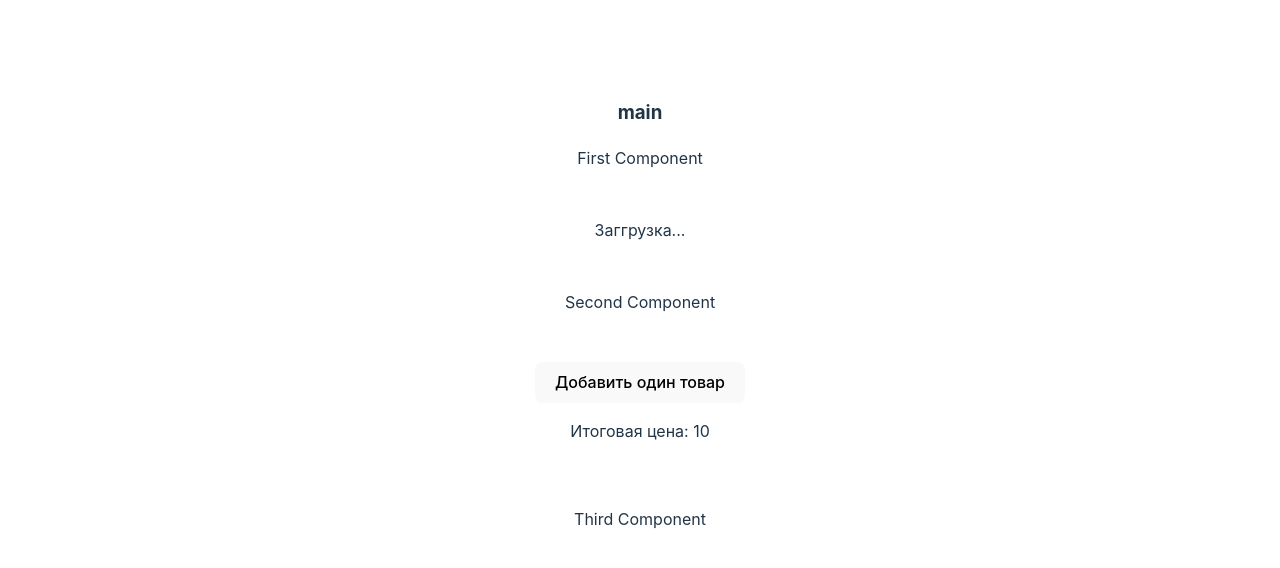
Repository: iveivs/ninim
Page: / (app in top-mistakes/)
The author's editor kept a copy of each file at every save. The page is drawn from the files as they stood at one save, then again after the next save.
The browser window is 1280 px wide. The pictures show the whole page.
The page's requests for data from a server got no answer. The project was rebuilt for these pictures with package versions that can differ from the ones it lists, and the page was loaded fresh each time. No one was signed in, and anything a server would have sent is missing. Also part of the build but not shown: top-mistakes/vite.config.js.

Above is the page before, as saved 2024-02-03 19:03:03.

After the next save:
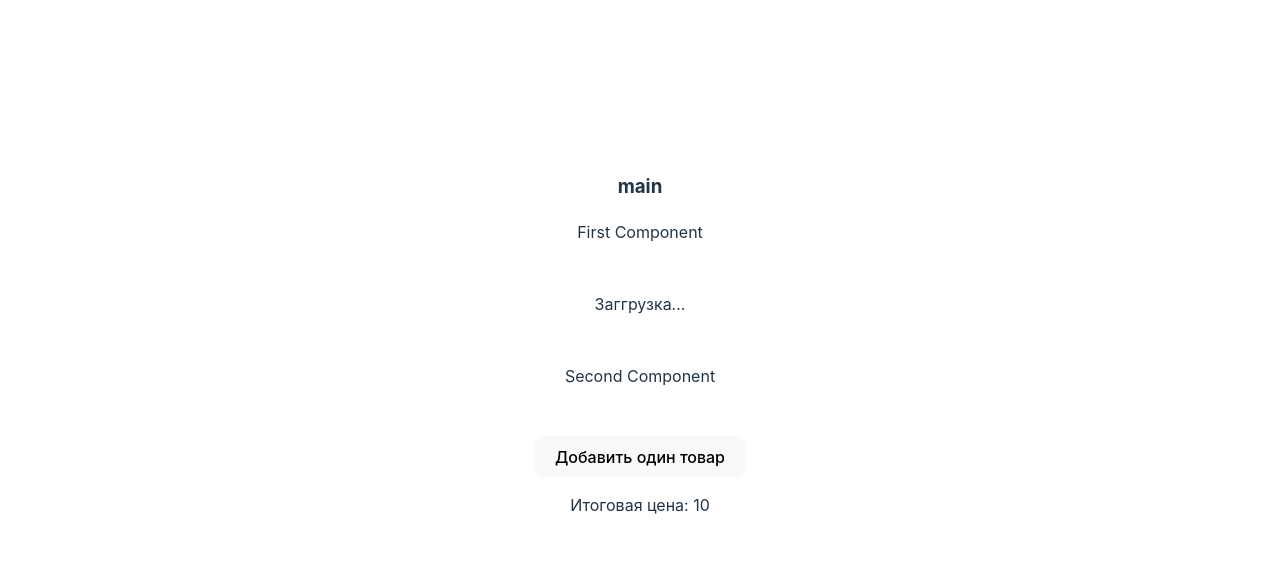
Saved 51 s later.
--- a/top-mistakes/src/App.jsx
+++ b/top-mistakes/src/App.jsx
@@ -13,7 +13,7 @@
       <h3>main</h3>
       <First />
       <Second  />
-      <Third  />
+      {/* <Third  /> */}
     </>
   )
 }

After the save that followed:
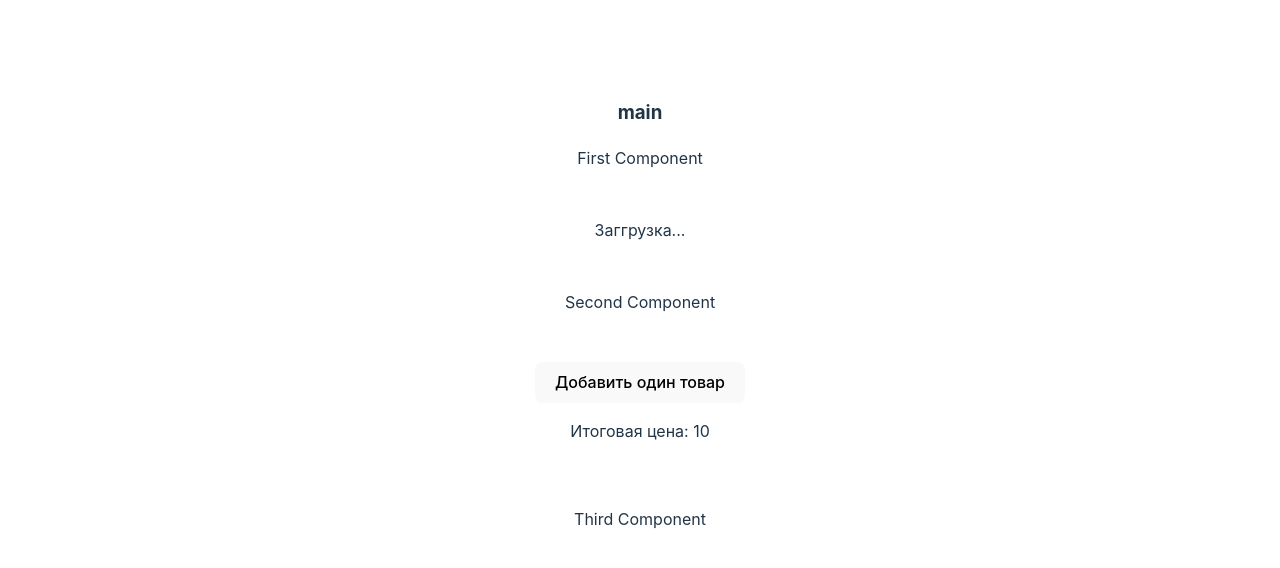
Saved 9 s later.
--- a/top-mistakes/src/App.jsx
+++ b/top-mistakes/src/App.jsx
@@ -13,7 +13,7 @@
       <h3>main</h3>
       <First />
       <Second  />
-      {/* <Third  /> */}
+      <Third  />
     </>
   )
 }
